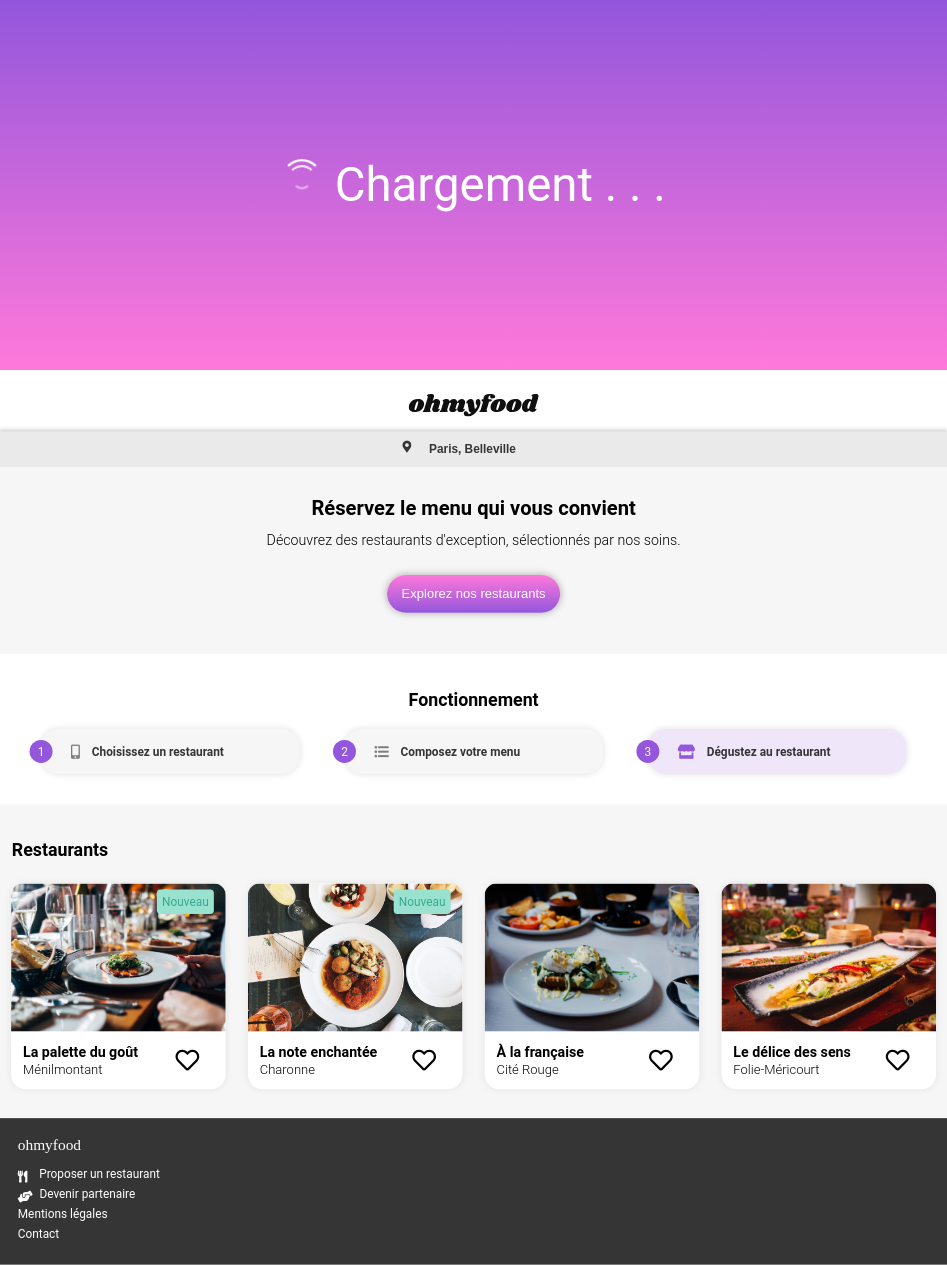
Repository: AlexisTisserand/AlexisTisserand_3_24112020
Page: index.html
These files come from the project's save history. The page is drawn as it stood at one moment and after a run of saves; the edit follows.
The browser window is 1280 px wide. The pictures show the whole page, at 74% of full size.
Some web libraries are served in a nearby version. The style sheet was rebuilt from its Sass, Less or Tailwind sources for each picture, by a compiler version that may differ from the author's.

Above is the page before, as saved 2020-12-09 15:54:27.

### index.html
<!DOCTYPE html>
<html lang="fr">

<head>
    <meta charset="UTF-8"/>
    <meta name="viewport" content="width=device-width, initial-scale=1">
    <meta name="descritpion" content="Site internet ohmyfood, composez votre menu et réservez dans les meilleurs restaurants de Paris.">
    <meta name="author" content="Alexis Tisserand">
    <link rel="stylesheet" href="https://use.fontawesome.com/releases/v5.4.1/css/all.css" integrity="sha384-5sAR7xN1Nv6T6+dT2mhtzEpVJvfS3NScPQTrOxhwjIuvcA67KV2R5Jz6kr4abQsz" crossorigin="anonymous">
    <link rel="stylesheet" href="style.css"/>
    <title>ohmyfood - Accueil</title>
</head>

<!--bloc_page-->
<body>

<!--LOADING SPINNER-->
<section class="section section">
    <span class="loader loader-circles"></span>
    Chargement . . .
</section>



<div id="bloc-page">

<!--HEADER-->

<header>

    <div class="logo">
        <img src="images/logo/ohmyfood@2x.svg" alt="Logo ohmyfood"/>
    </div>
    <div class="search-bar">
        <div class="search-bar-button"><i class="fas fa-map-marker-alt"></i></div>
        <input type="search" class="search-bar-text-input" placeholder="Saisissez votre ville" value="Paris, Belleville">
    </div>
</header>

<section id="description-ohmyfood">
    <h2>Réservez le menu qui vous convient</h2>
    <h3>Découvrez des restaurants d'exception, sélectionnés par nos soins.</h3>
    <button class="description-ohmyfood-explorer" type="button">Explorez nos restaurants</button>
</section>

<section id="fonctionnement">
    <h2>Fonctionnement</h2>
    <nav>
        <ul class="fonctionnement-nav">
            <li class="fonctionnement-nav-etape ">
                <span>1</span>
                <i class="fas fa-mobile-alt"></i>
                <h4>Choisissez un restaurant</h4>
            </li>
            <li class="fonctionnement-nav-etape ">
                <span>2</span>
                <i class="fas fa-list-ul"></i>
                <h4>Composez votre menu</h4>
            </li>
            <li class="fonctionnement-nav-etape active">
                <span>3</span>
                <i class="fas fa-store"></i>
                <h4>Dégustez au restaurant</h4>
            </li>
        </ul>
    </nav>
</section>

<section id="restaurants">

        <h2>Restaurants</h2>

        <a href="menu-la-palette-du-gout.html" class="card-restaurant">
            <img class="card-restaurant-img" src="images/restaurants/la_palette_du_gout-min.jpg" alt="La Palette du Goût"/>
            <div class="card-restaurant-nouveau">Nouveau</div>
            <div class="card-restaurant-legende">
                <div class="card-restaurant-legende-text">
                    <h4>La palette du goût</h4>
                    <h5>Ménilmontant</h5>
                </div>
                <div class="card-restaurant-legende-heart">
                    <span class="fa-stack">
                        <i class="far fa-heart fa-stack-2x"></i>
                    </span>
                </div>
            </div>
        </a>

        <a href="menu-la-note-enchantee.html" class="card-restaurant">
            <img class="card-restaurant-img" src="images/restaurants/la_note_enchantee-min.jpg" alt="La Note Enchantée"/>
            <div class="card-restaurant-nouveau">Nouveau</div>
            <div class="card-restaurant-legende">
                <div class="card-restaurant-legende-text">
                    <h4>La note enchantée</h4>
                    <h5>Charonne</h5>
                </div>
                <div class="card-restaurant-legende-heart">
                    <span class="fa-stack">
                        <i class="far fa-heart fa-stack-2x"></i>
                    </span>
                </div>
            </div>
        </a>

        <a href="menu-a-la-francaise.html" class="card-restaurant">
            <img class="card-restaurant-img" src="images/restaurants/a_la_française-min.jpg" alt="À La Française"/>
            <div class="card-restaurant-legende">
                <div class="card-restaurant-legende-text">
                    <h4>À la française</h4>
                    <h5>Cité Rouge</h5>
                </div>
                <div class="card-restaurant-legende-heart">
                    <span class="fa-stack">
                        <i class="far fa-heart fa-stack-2x"></i>
                    </span>
                </div>
            </div>
        </a>

        <a href="menu-le-delice-des-sens.html" class="card-restaurant">
            <img class="card-restaurant-img" src="images/restaurants/le_delice_des_sens-min.jpg" alt="Le Délice Des Sens"/>
            <div class="card-restaurant-legende">
                <div class="card-restaurant-legende-text">
                    <h4>Le délice des sens</h4>
                    <h5>Folie-Méricourt</h5>
                </div>
                <div class="card-restaurant-legende-heart">
                    <span class="fa-stack">
                        <i class="far fa-heart fa-stack-2x"></i>
                    </span>
                </div>
            </div>
        </a>
</section>

</div>

<footer>
    <h2>ohmyfood</h2>
    <div class="footer-img-text">
        <i class="fas fa-utensils"></i>
        <a href="#"><h3>Proposer un restaurant</h3></a>
    </div>
    <div class="footer-img-text">
        <i class="fas fa-hands-helping"></i>
        <a href="#"><h3>Devenir partenaire</h3></a>
    </div>
    <a href="#"><h3>Mentions légales</h3></a>
    <a href="mailto:ohmyfood@outlook.com"><h3>Contact</h3></a>
</footer>


</body>
</html>

### sass/style.scss
/*COULEURS VARIABLES*/
$primary: #9356DC;
$secondary: #FF79DA;
$tertiary: #99E2D0;
$color-text: #353535;
$color-background: #f6f6f6;
$color-box-shadow :#e5e5e5;

/*VARIABLES TAILLE ET FONT FAMILY*/
$font-family: 'roboto', 'Raleway', 'Trebuchet MS', 'Lucida Sans Unicode', 'Lucida Grande', 'Lucida Sans', Arial, sans-serif;;
$size: 1rem;

/*Extensions*/
.box-shadow{
    box-shadow: 0px 0px 8px 1px $color-box-shadow;
    color: $color-text;
    border: none;
    border-radius: 25px;
    width: 350px;
    background-color: $color-background;
}

.margin-plats{
    margin: 0.5rem 0 0rem 0.9rem;
}

.cercle{
    background-color: $primary;
    color: white;
    padding: 8px;
    border-radius: 50px;
    margin-right: 25px;
    margin-left: -15px;
    width: 15px;
    height: 15px;
    text-align: center;
    align-content: center;
    font-size: $size;
    line-height: 15px;
    font-weight: light;
}

/*Loading spinner*/
.section{
    background: linear-gradient($primary, $secondary);
    height: 500px;
    line-height: 500px;
    text-align: center;
    color: white;
    font-size: 4rem;
    font-family: 'Roboto';
}
/*Loader simple*/
.loader{
    width: 50px;
    height: 50px;
    display: inline-block;
    position: relative;
}

/*loader cercle*/
.loader{
    &-circles{
        border-radius: 50px;
        border: 3px solid transparent;
        border-top-color: white ;
        animation: spin 1s linear infinite;
        -webkit-animation: spin 1s linear infinite;
        &:after{
            content: '';
            position: absolute;
            top: 5px ;
            left: 5px;
            bottom: 5px;
            right: 5px;
            border: 3px solid transparent;
            border-radius: 50px;
            border-top-color: white;
            opacity: 0.8;
            animation: spin 5s linear infinite;
            -webkit-animation: spin 5s linear infinite;
        }
        &:before{
            content: '';
            position: absolute;
            top: 12px ;
            left: 12px;
            bottom: 12px;
            right: 12px;
            border: 3px solid transparent;
            border-radius: 50px;
            border-top-color: white;
            opacity: 0.5;
            animation: spin 10s linear infinite;
            -webkit-animation: spin 10s linear infinite;
        }
    }
}

/*KEYFRAMES*/

@keyframes spin{
    from{
        transform: rotate(0deg);
    }
    to{
        transform: rotate(360deg);;
    }
}

@keyframes fadein{
    from{
        opacity: 0.4;
    }
    to{
        opacity: 1;
    }
}

body{
    background-color: white;
    font-family: $font-family;
    margin: auto;
}

a{
    text-decoration: none;
    color: black;
}

#bloc-page{
    width: 100%;
    margin: auto;
    max-width: 2000px;
    min-width: 100px;
}

/*HEADER*/

header{
    text-align: center;
    .logo{
        margin-top: $size + 1rem;
        img{
            width: $size + 10rem;
        }
    }
}

.search-bar{
    display: flex;
    background-color: #EAEAEA;
    box-shadow: 0px -2px 5px 0px #CFCFCF;
    height: $size + 2rem;
    margin-top: 1rem;
    align-items: center;
    justify-content: center;
    .fas{
        font-size: $size;
        margin-bottom: 1rem;
    }
    .search-bar-button{
        color: $color-text;
        font-size: $size + 0.5rem;
    }
    .search-bar-text-input{
        outline: none;
        padding: 0;
        background-color: #EAEAEA;
        border: none;
        color: $color-text;
        font-size: $size;
        font-weight: bold;
        text-align: center;
        width: 180px;
    }
}

/*SECTION DESCRIPTION*/

#description-ohmyfood{
    display: flex;
    flex-direction: column;
    background-color: $color-background;
    align-items: center;
    text-align: center;
    h2{
        font-size: $size + 0.7rem ;
        padding: $size;
        margin-bottom: 0;
        margin-top: $size + 0.5rem;
    }
    h3{
        font-size: $size + 0.2rem ;
        font-weight: 300;
        margin-top: 0;
        padding: $size - 0.5rem, $size + 1rem ;
    }
    button{
        font-size: $size + 0.1rem;
        margin-top: $size;
        font-weight: normal;
        color: white;
        background: linear-gradient($secondary, $primary);
        position: relative;
        border: none;
        box-shadow: 0px 0px 10px 1px #b6b3b3;
        border-radius: 40px;
        padding: 15px 20px;
        margin-bottom: $size + 2.5rem;
        transition: transform ease-in-out 500ms, opacity ease-in-out 500ms, box-shadow ease-in-out 500ms ;
        &:hover{
            opacity: 0.7;
            box-shadow: 0px 0px 7px 3px #484B4C;
            transform: scale(1.1);
            cursor: pointer;

        }
        &:active{
            border-style: none;
        }
        &:focus{
            outline:none;
        }
    }
}

/*FONCTIONNEMENT*/

#fonctionnement{
    display: flex;
    align-items: center;
    flex-direction: column;
    background-color: white;
    h2{
        margin: 3*$size $size $size;
    }
    ul{
        padding: 10px;
        margin-top: - $size;
    }
}

.fonctionnement-nav{
    display: flex;
    flex-wrap: wrap;
    justify-content: space-around;
    &-etape{
        display: flex;
        flex-direction: row;
        align-items: center;
        margin: 15px 30px ;
        transition: background-color ease-in-out 200ms, box-shadow ease-in-out 200ms, transform ease-in-out 200ms;
        @extend .box-shadow;
        &:hover{
        background-color: rgba($color:$primary, $alpha: 0.15);
        transform: scale(1.01);
        cursor: pointer;
        &:hover .fas{
        color: $primary;
        }
    }
    span{
        @extend .cercle;
    }
    .fas{
        margin-right: 15px;
        color: #7e7e7e;
        font-size: $size + 0.2rem;
        margin-right: $size;
        }
    }
    &-etape.active{
        background-color: rgba($color:$primary, $alpha: 0.15);
        .fas{
            color: $primary;
        }
    }
}

/*RESTAURANTS*/

#restaurants{
    display: flex;
    flex-direction: column;
    background-color: $color-background;
    padding-bottom: $size + 0.5rem;
    h2{
        margin: 3*$size $size $size;
    }
}

.card-restaurant{
    display: flex;
    position: relative;
    z-index: 1;
    flex-direction: column;
    background-color: white;
    border-radius: 20px;
    box-shadow: 0px 0px 8px 1px $color-box-shadow;
    margin: 15px;
    box-sizing: border-box;
    transition: ease-in-out 200ms;
    &:hover{
        transform: scale(1.01);
    }
    img{
    height: 200px;
    position: relative;
    z-index: 1;
    object-fit: cover;
    width: 100%;
    border-radius: 1rem 1rem 0 0;
    }
    &-nouveau{
        background-color: $tertiary;
        color: #39a98e;
        position: absolute;
        top: 8px;
        right: 16px;
        padding: 7px;
        border-radius: 5px;
        z-index: 2;
    }
    &-legende{
        display: flex;
        flex-direction: row;
        justify-content: space-between;
        &-text{
            display: flex;
            flex-direction: column;
            margin-left: $size;
            h4{
                font-size: $size + 0.2rem;
                margin-top: $size;
                margin-bottom: 0;
            }
            h5{
                margin-top: 0.2 * $size;
                margin-bottom: $size;
                font-weight: 300;
                font-size: $size + 0.1rem;
            }
        }
        &-heart{
            align-self: center;
            margin-right: 2 * $size;
            .far{
                &:hover{
                font-weight: 900;
                background:-moz-linear-gradient(top, $primary 0%, $secondary 100%);
                background: -webkit-linear-gradient(top, $primary 0%, $secondary 100%);
                background: linear-gradient(to bottom, $primary 0%, $secondary 100%);
                -webkit-background-clip: text;
                -moz-background-clip: text;
                background-clip: text;
                -webkit-text-fill-color: transparent;
                transition: font-weight ease-in-out 0s ;
                animation: fadein 900ms;
                background-position: 0 100%;
                cursor: pointer;
                }
            }
        }
    }
}

/*FOOTER*/

footer{
    padding: $size + 0.5rem;
    background-color: $color-text;
    color: white;
    h2{
        font-family: 'Shrikhand';
        font-weight: normal;
        font-size: $size + 0.3rem;
        margin-top: 0;
    }
    h3{
        margin: 0;
        font-weight: 400;
        margin-bottom: 0.5 * $size;
        font-size: initial;
    }
    .footer-img-text{
        display: flex;
        flex-direction: row;
        align-items: center;
        .fas{
            margin-right: $size;
            &.fa-hands-helping{
                margin-right: 0.58* $size;
            }
        }
    }
    a{
        color: white;
    }
}

/*********************************************************/
/*MEDIA QUERIES ACCUEIL*/
/*********************************************************/

/*LARGE DEVICES*/
@media screen and (min-width: 1268px){

    #restaurants{
        display: grid;
        grid-template-columns: repeat(4, 1fr);
        grid-template-rows: auto auto auto ;
        margin-bottom: 0px;
    }   h2{
        grid-column: 1/-1;
    }
}

/*MEDIUM DEVICES*/
@media screen and (max-width: 1267px){

    .fonctionnement-nav{
        justify-content: center;
        &-etape{
            width: 100%;
        }
    }

    #restaurants{
        display: grid;
        grid-template-columns: repeat(2, 1fr);
        grid-template-rows: auto auto auto ;
        h2{
            grid-column: 1/-1;
        }
    }
}

/*SMALL DEVICES*/
@media screen and (max-width: 660px){
    .fonctionnement-nav-etape{
        width: 100%;
    }

    #restaurants{
        display: grid;
        grid-template-columns: 1fr;
        grid-template-rows: auto auto auto ;
        h2{
            grid-column: 1/-1;
        }
    }
}

/*********************************************************/
/*MENU*/
/*********************************************************/

header{
    a{
        position: absolute;
        left: $size;
        color: $color-text;
        font-size: $size + 0.3rem;
        transition: opacity 0.5s;

        &:hover{
            opacity: 0.5;
        }
    }
}

.restaurant-img{
    img{
        object-fit: cover;
        width: 100%;
        height: 300px;
        margin-top: $size;
        position: relative;
        z-index: 0;
    }
}

.restaurant-menu{
    background-color: $color-background;
    border-radius: 50px 50px 0 0;
    margin-top: - 3rem;
    position: relative;
    display: flex;
    z-index: 1;
    flex-direction: column;
    width: 100%;
    &--titre{
        display: flex;
        flex-direction: row;
        justify-content: center;
        align-items: center;
        margin-top: $size;
        h2{
            font-family: 'Shrikhand';
            font-size: $size + 1rem;
            margin-right: $size + 0.5rem;
            margin-left: $size;
        }
    }
    &-carte{
        display: flex;
        flex-direction: row;
        flex-wrap: wrap;
    }
    h3{
        font-weight: 300;
        font-size: $size + 0.1rem;
        margin-left: $size;
        border-bottom: $tertiary 3px solid;
        width: 45px;
        padding-bottom: 10px;
    }
    &--plats{
        display: grid;
        grid-template-columns: 2.3fr 0.3fr 0.3fr;
        grid-template-rows: repeat(2, 1fr);
        gap: 0px 0px;
        background-color: white;
        box-shadow: 0px 0px 8px 1px $color-box-shadow;
        color: $color-text;
        border: none;
        border-radius: 13px;
        margin: 0 $size $size $size;
        width: 100%;
        cursor: pointer;
        overflow: hidden;
        text-overflow: ellipsis;
        &:hover .fas {
            transform: rotate(360deg);
        }
        &:hover &--checkbox{
            transform: translateX(0%);
        }
        &:hover &--prix{
            margin-right: 30%;
        }
        &--name{
            grid-area: 1 / 1 / 2 / 3;
        }
        &--accompagnements{
            grid-area: 2 / 1 / 3 / 2;
            display: flex;
            flex-direction: row;
            align-content: center;
            justify-content: space-between;
            h5{
                font-weight: 300;
                margin: 0rem 0 0.5rem 0.9rem;
                font-size: 1rem;
            }
        }
        &--prix{
            grid-area: 2 / 2 / 3 / 4;
            transition: margin-right 1s;
            p{
                font-weight: bold;
                margin: 0 ;
                text-align: end;
                margin-right: $size;
            }
        }
        &--checkbox{
            background-color: $tertiary;
            grid-area: 1 / 3 / 3 / 4;
            border-radius: 0 13px 13px 0;
            text-align: center;
            transform: translateX(100%);
            transform-origin: 100% 50%;
            transition: transform 1s;

            .fas{
                font-size: xx-large;
                margin: $size;
                color: white;
                transition: transform 1s;
            }
        }
        h4{
        @extend .margin-plats;
        font-size: $size + 0.1rem;
        }
    }
    button{
        width: 200px;
        align-self: center;
        font-size: $size + 0.1rem;
        margin-top: 3 * $size;
        font-weight: normal;
        color: white;
        background: linear-gradient($secondary, $primary);
        position: relative;
        border: none;
        box-shadow: 0px 0px 10px 1px #b6b3b3;
        border-radius: 40px;
        padding: 15px 20px;
        margin-bottom: 4 * $size;
        transition: transform ease-in-out 500ms, opacity ease-in-out 500ms, box-shadow ease-in-out 500ms ;
        &:hover{
            opacity: 0.7;
            box-shadow: 0px 0px 7px 3px #484B4C;
            transform: scale(1.1);
            cursor: pointer;
        }
        &:active{
            border-style: none;
        }
        &:focus{
            outline:none;
        }
    }
}


/*********************************************************/
/*MEDIA QUERIES MENUS*/
/*********************************************************/

/*LARGE DEVICES*/
@media screen and (min-width:660px){
    .restaurant-menu--titre{
        justify-content: space-between;
    }

    .restaurant-menu--plats{
        width: 100%;
    }

}

/*MEDIUM DEVICES*/
@media screen and (max-width: 1267px){


}

/*SMALL DEVICES*/
@media screen and (max-width: 660px){


}

After the next 2 saves:
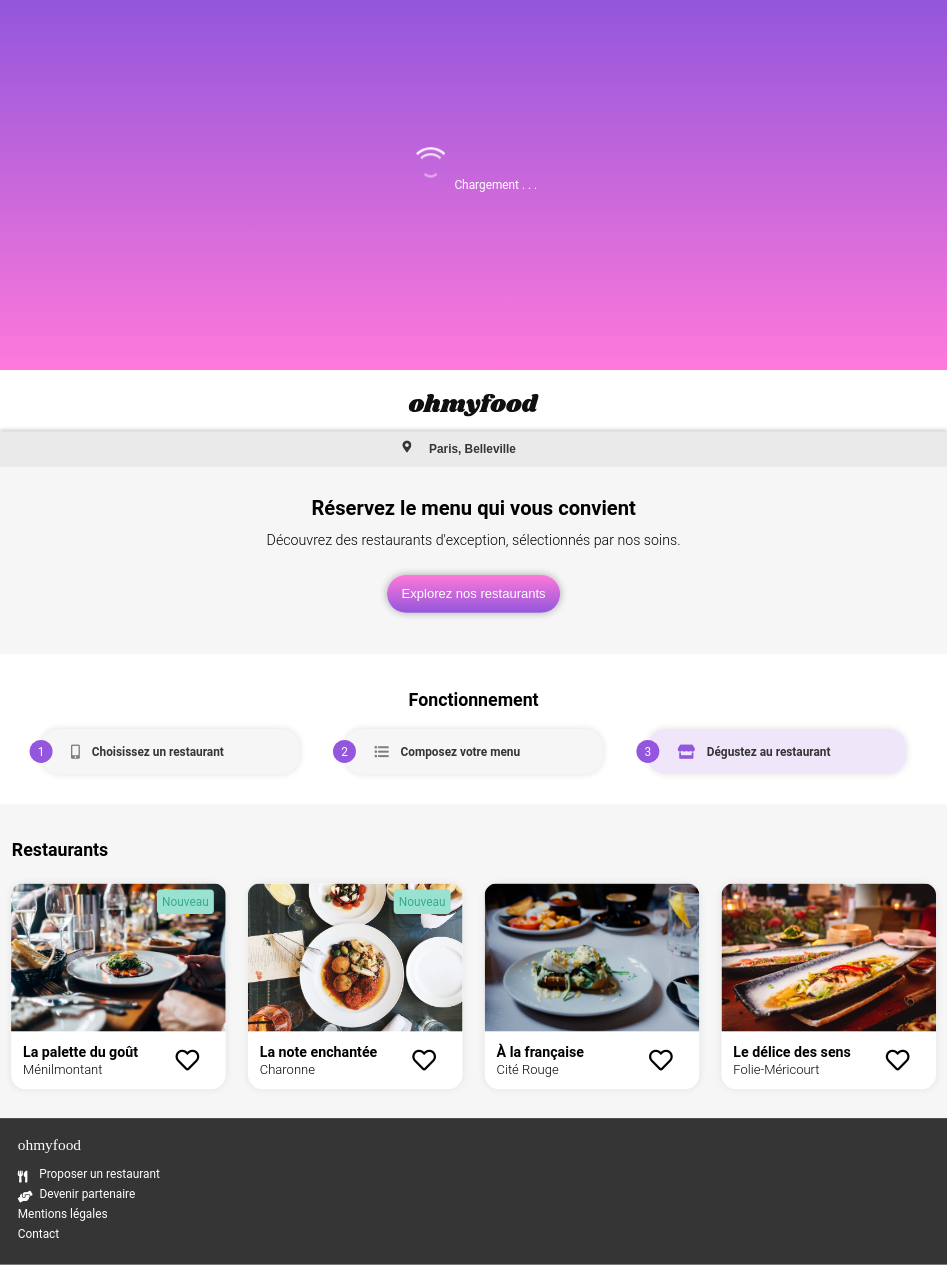
The 2 saves are shown as one change because they came seconds apart.
The last was saved 25 s later.
--- a/sass/style.scss
+++ b/sass/style.scss
@@ -47,8 +47,6 @@ $size: 1rem;
     line-height: 500px;
     text-align: center;
     color: white;
-    font-size: 4rem;
-    font-family: 'Roboto';
 }
 /*Loader simple*/
 .loader{
